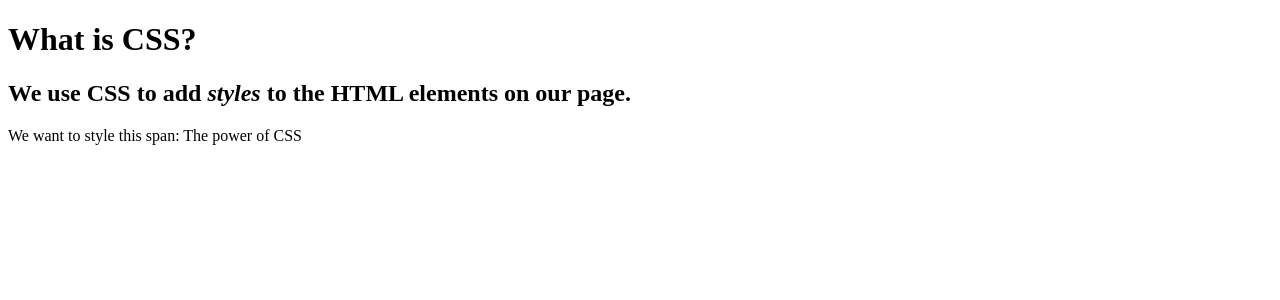
Repository: 3EyEdRav3n/10-2020-cohort-course
Page: week-1/day-3/index.html
An editor plug-in stored every save of this project. The page is shown before and after the next save, followed by the edit.
The browser window is 1280 px wide. The pictures show the whole page.

Above is the page before, as saved 2020-10-28 20:20:16.

After the next save:
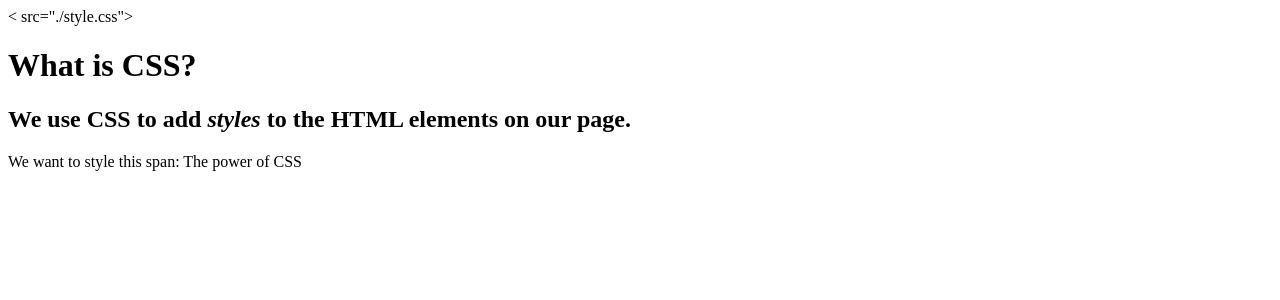
Saved 15 min 39 s later.
--- a/week-1/day-3/index.html
+++ b/week-1/day-3/index.html
@@ -3,6 +3,7 @@
   <head>
     <meta charset="UTF-8" />
     <meta name="viewport" content="width=device-width, initial-scale=1.0" />
+    < src="./style.css">
     <title>Document</title>
   </head>
   <body>

After the save that followed:
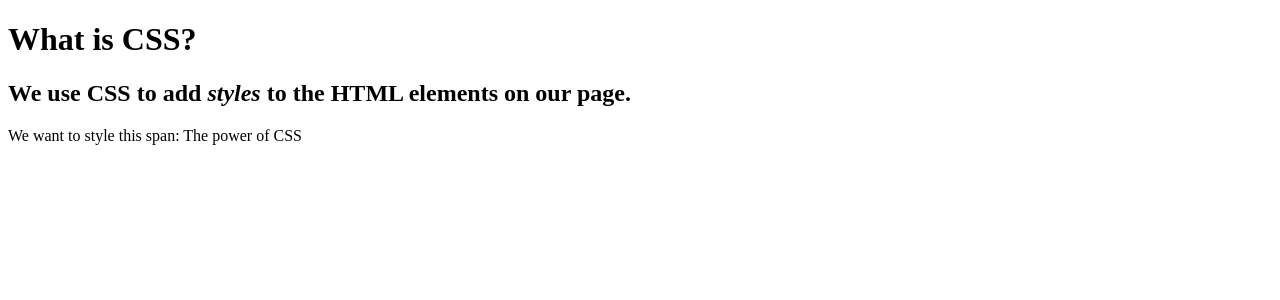
Saved 4 min 32 s later.
--- a/week-1/day-3/index.html
+++ b/week-1/day-3/index.html
@@ -3,10 +3,10 @@
   <head>
     <meta charset="UTF-8" />
     <meta name="viewport" content="width=device-width, initial-scale=1.0" />
-    < src="./style.css">
+
     <title>Document</title>
   </head>
-  <body>
+  <body style="”background-color: " green”y>
     <h1>What is CSS?</h1>
     <h2>We use CSS to add <em>styles</em> to the HTML elements on our page.</h2>
 
